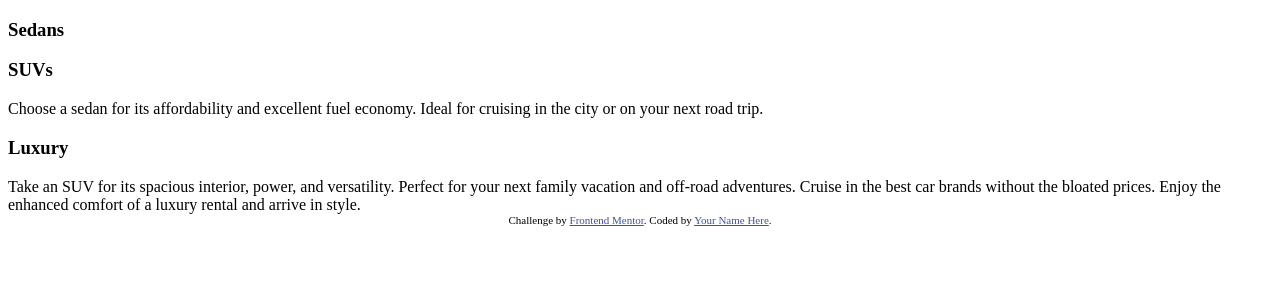
Repository: viniciussnt/3-column-preview-card
Page: index.html
These files come from the project's save history. The page is drawn as it stood at one moment and after a run of saves; the edit follows.
The browser window is 1280 px wide. The pictures show the whole page.

Above is the page before, as saved 2023-09-15 10:19:09.

### index.html
<!DOCTYPE html>
<html lang="en">
<head>
  <meta charset="UTF-8">
  <meta name="viewport" content="width=device-width, initial-scale=1.0">
  <link rel="icon" type="image/png" sizes="32x32" href="./images/favicon-32x32.png">

  <title>Frontend Mentor | 3-column preview card component</title>

  <!-- Feel free to remove these styles or customise in your own stylesheet 👍 -->
  <style>
    .attribution { font-size: 11px; text-align: center; }
    .attribution a { color: hsl(228, 45%, 44%); }
  </style>
</head>
<body>
  <div class="container">
    <article>
      <section class="sedans">
        <div class="img-box"></div>
        <h1 class="title">Sedans</h1>
      </section>

      <section class="suvs">
        <div class="img-box"></div>
        <h1 class="title">SUVs</h1>
        <p>Choose a sedan for its affordability and excellent fuel economy. Ideal for cruising in the city
          or on your next road trip.</p>
      </section>

      <section class="luxury">
        <div class="img-box"></div>
        <h1 class="title">Luxury</h1>
        <p></p>
      </section>
    </article>
  </div>


  Take an SUV for its spacious interior, power, and versatility. Perfect for your next family vacation
  and off-road adventures.

  Cruise in the best car brands without the bloated prices. Enjoy the enhanced comfort of a luxury
  rental and arrive in style.

  <div class="attribution">
    Challenge by <a href="https://www.frontendmentor.io?ref=challenge" target="_blank">Frontend Mentor</a>.
    Coded by <a href="#">Your Name Here</a>.
  </div>
</body>
</html>

After the next 2 saves:
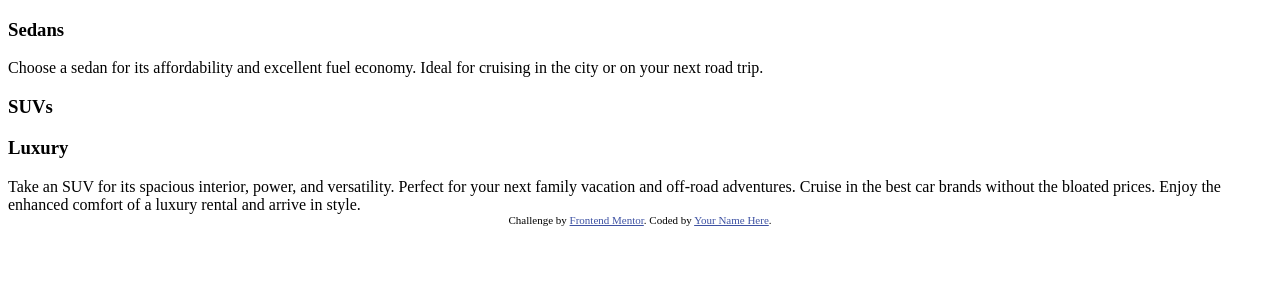
The 2 saves are shown as one change because they came seconds apart.
The last was saved 13 s later.
--- a/index.html
+++ b/index.html
@@ -19,13 +19,14 @@
       <section class="sedans">
         <div class="img-box"></div>
         <h1 class="title">Sedans</h1>
+        <p>Choose a sedan for its affordability and excellent fuel economy. Ideal for cruising in the city
+          or on your next road trip.</p>
       </section>
 
       <section class="suvs">
         <div class="img-box"></div>
         <h1 class="title">SUVs</h1>
-        <p>Choose a sedan for its affordability and excellent fuel economy. Ideal for cruising in the city
-          or on your next road trip.</p>
+
       </section>
 
       <section class="luxury">
